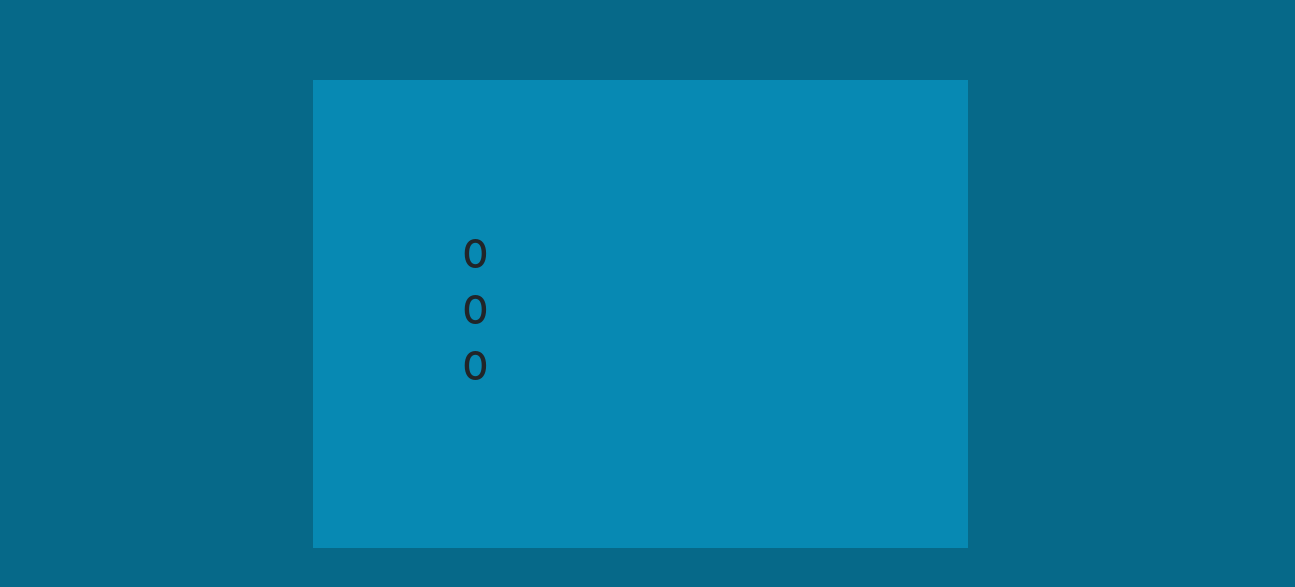
Repository: moiz9265/stopwatch
Page: index.html
These files come from the project's save history. The page is drawn as it stood at one moment and after a run of saves; the edit follows.
The browser window is 1280 px wide. The page is 1295 px wide, so the pictures cover 1295 px, including what lies to the right of the window. The pictures show the whole page.

Above is the page before, as saved 2020-07-09 22:50:48.

### index.html
<!DOCTYPE html>
<html lang="en">
  <head>
    <meta charset="utf-8">
    <title>Stop Watch</title>

    <link rel="stylesheet" href="css/bootstrap.min.css">
    <link rel="stylesheet" href="css/style.css" type="text/css">
    <script src="js/app.js">

    </script>
  </head>
  <body>
      <!-- <h1  style="text-align: center;">Stop Watch</h1> -->
        <div class="row" style="margin-top: 80px;">
            <div class="col-md-3">

            </div>
            <div id="maindiv" class="col-sm-12 col-md-6">
                <h1>0</h1>
                <h1>0</h1>
                <h1>0</h1>
            </div>
            <div class="col-md-3">

            </div>

        </div>
  </body>
  <script src="js/jquery-3.2.1.slim.min.js"></script>
  <script src="js/popper.min.js"></script>
  <script src="js/bootstrap.min.js"> </script>
</html>

### css/style.css
body{
    background-color: #066989;
}

#maindiv
{

    width: 40%;
    background-color: #0789B3;
    padding: 150px;
}

h1

Loaded but not shown: css/bootstrap.min.css (library); js/jquery-3.2.1.slim.min.js (library); js/popper.min.js (library); js/bootstrap.min.js (library); js/app.js (no stored copy; drawn as an empty file)

After the next 2 saves:
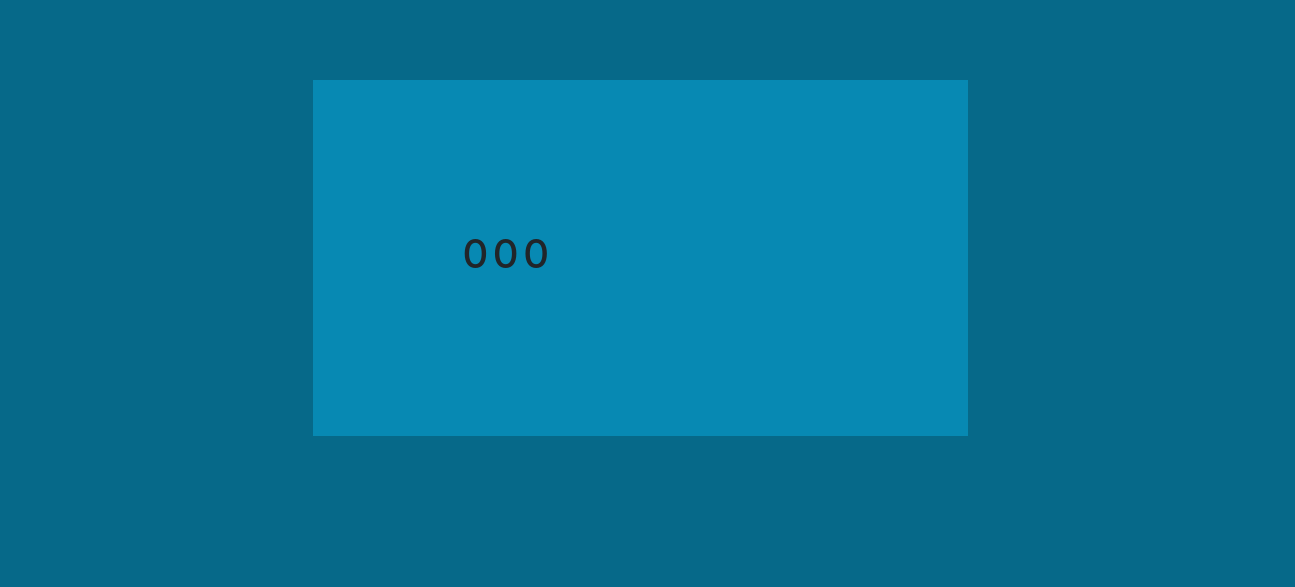
The 2 saves are shown as one change because they came seconds apart.
The last was saved 7 s later.
--- a/css/style.css
+++ b/css/style.css
@@ -11,3 +11,6 @@ body{
 }
 
 h1
+{
+    display: inline-block;
+}
